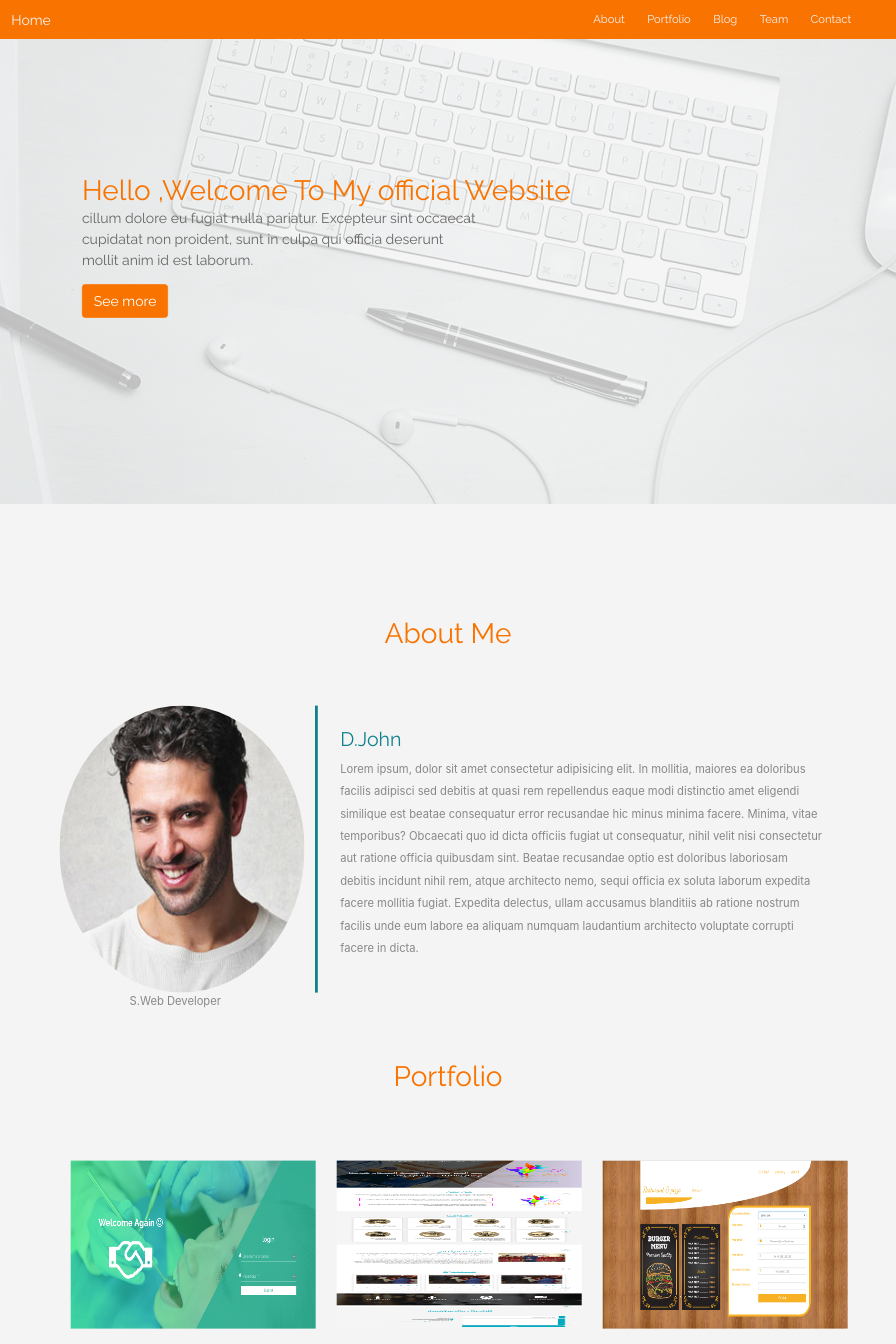
Repository: adrian9211/Bootstrap_website_Ruth
Page: index.html
These files come from the project's save history. The page is drawn as it stood at one moment and after the next save; the edit follows.
The browser window is 1280 px wide. The pictures show the part of the page from y = 0 to 1920 px (the page is 4159 px tall), at 70% of full size.

Above is the page before, as saved 2020-11-18 13:00:33.
Console error: ReferenceError: Popper is not defined

### index.html
<!DOCTYPE html>
<html lang="en">
<head>
    <meta charset="UTF-8">
    <meta name="viewport" content="width=device-width, initial-scale=1.0">
    <title>Bootstrap 4 page</title>

    <link rel="stylesheet" href="css/bootstrap.min.css">
    <link rel="stylesheet" href="css/main.css">
</head>
<body>
    <!-- Navbar start -->
    <nav class="navbar navbar-expand-lg fixed-top">
        <a class="navbar-brand" href="#">Home</a>
        <button class="navbar-toggler" type="button" data-toggle="collapse" data-target="#navbarSupportedContent" aria-controls="navbarSupportedContent" aria-expanded="false" aria-label="Toggle navigation">
            <span class="navbar-toggler-icon"></span>
          </button>

        <div class="collapse navbar-collapse" id="navbarSupportedContent">
            <ul class="navbar-nav mr-4">
              <li class="nav-item ">
                <a class="nav-link"  data-value="about" href="#">About</a>
              </li>
              <li class="nav-item">
                <a class="nav-link" data-value="portfolio" href="#">Portfolio</a>
              </li>
              <li class="nav-item">
                <a class="nav-link" data-value="blog" href="#">Blog</a>
              </li>
              <li class="nav-item">
                <a class="nav-link" data-value="team" href="#">Team</a>
              </li>
              <li class="nav-item">
                <a class="nav-link" data-value="contact" href="#">Contact</a>
              </li>
          </div>
    </nav>
    <!-- Navbar end -->
    <!-- Header section START -->
    <header class="header">
      <div class="overlay"></div>
       <div class="container">
           <div class="description ">
        <h1>
          Hello ,Welcome To My official Website
          <p>
          cillum dolore eu fugiat nulla pariatur. Excepteur sint occaecat cupidatat non
          proident, sunt in culpa qui officia deserunt mollit anim id est laborum.</p>
          <button class="btn btn-outline-secondary btn-lg">See more</button>
        </h1>
      </div>
       </div>

    </header>
    <!-- Header section END -->

    <!-- About section START -->

    <div class="about" id="about">
      <div class="container">
        <h1 class="text-center">About Me</h1>
          <div class="row">
            <div class="col-lg-4 col-md-4 col-sm-12">
              <img src="images/team-3.jpg"  class="img-fluid" alt="photo">
              <span class="text-justify">S.Web Developer</span>
            </div>
            <div class="col-lg-8 col-md-8 col-sm-12 desc">
              <h3>D.John</h3>
              <p>Lorem ipsum, dolor sit amet consectetur adipisicing elit. In mollitia, maiores ea doloribus facilis adipisci sed debitis at quasi rem repellendus eaque modi distinctio amet eligendi similique est beatae consequatur error recusandae hic minus minima facere. Minima, vitae temporibus? Obcaecati quo id dicta officiis fugiat ut consequatur, nihil velit nisi consectetur aut ratione officia quibusdam sint. Beatae recusandae optio est doloribus laboriosam debitis incidunt nihil rem, atque architecto nemo, sequi officia ex soluta laborum expedita facere mollitia fugiat. Expedita delectus, ullam accusamus blanditiis ab ratione nostrum facilis unde eum labore ea aliquam numquam laudantium architecto voluptate corrupti facere in dicta.</p>
            </div>
          </div>
      </div>
    </div>

    <!-- About section END -->

    <!-- Portfolio part START -->
    <div class="portfolio" id="portfolio">
      <h1 class="text-center">Portfolio</h1>
      <div class="container">
        <div class="row">
          <div class="col-lg-4 col-md-4 col-sm-12">
            <img src="images/portfolio/port13.png" alt="port3" class="img-fluid">
        </div>
          <div class="col-lg-4 col-md-4 col-sm-12">
            <img src="images/portfolio/port1.png" alt="port1" class="img-fluid">
        </div>
          <div class="col-lg-4 col-md-4 col-sm-12">
            <img src="images/portfolio/port6.png" alt="port6" class="img-fluid">
        </div>
          <div class="col-lg-4 col-md-4 col-sm-12">
            <img src="images/portfolio/port3.png" alt="port3" class="img-fluid">
        </div>
          <div class="col-lg-4 col-md-4 col-sm-12">
            <img src="images/portfolio/port11.png" alt="port11" class="img-fluid">
        </div>
          <div class="col-lg-4 col-md-4 col-sm-12">
            <img src="images/portfolio/electric.png" alt="electric" class="img-fluid">
        </div>
          <div class="col-lg-4 col-md-4 col-sm-12">
            <img src="images/portfolio/Classic.jpg" alt="classic" class="img-fluid">
        </div>
          <div class="col-lg-4 col-md-4 col-sm-12">
            <img src="images/portfolio/port1.png" alt="port1" class="img-fluid">
        </div>
          <div class="col-lg-4 col-md-4 col-sm-12">
            <img src="images/portfolio/port8.png" alt="port8" class="img-fluid">
        </div>
      </div>
    </div>
    </div>

    <!-- Portfolio part END -->

    <!-- Posts section START -->
    <div class="blog" id="blog">
      <div class="container">
        <h1 class="text-center">Blog</h1>
        <div class="row">
          <div class="col-lg-4 col-md-4 col-sm-12" >
            <div class="card">
              <div class="card-img">
                <img src="images/posts/polit.jpg" alt="polit" class="img-fluid">
              </div>
              <div class="card-body">
                <h4 class="card-title">Post Title</h4>
                <p class="card-text">
                  Lorem ipsum dolor sit amet consectetur adipisicing elit. Fuga, at, mollitia et labore est quo ratione suscipit iste consequatur quos quidem nulla asperiores eveniet repellat odit. Reprehenderit enim vitae ratione ab veniam, temporibus sapiente quasi tenetur voluptatem repellat ea ipsam rerum consectetur unde quia exercitationem tempore debitis laborum qui dolores!
                </p>
              </div>
              <div class="card-footer">
                <a href="" class="card-link"> Read more</a>
              </div>
            </div>
          </div>
          <div class="col-lg-4 col-md-4 col-sm-12">
            <div class="card">
              <div class="card-img">
                <img src="images/posts/images.jpg" alt="images" class="img-fluid">
              </div>
              <div class="card-body">
                <h4 class="card-title">Post Title</h4>
                <p class="card-text">
                  Lorem ipsum dolor sit amet consectetur adipisicing elit. Ex earum ad, labore aperiam magnam maiores quaerat, sapiente a aut mollitia veritatis molestiae reprehenderit pariatur eum cum minima? Nulla, quia. Libero laborum ullam unde beatae error vero iure soluta, itaque sint debitis sequi! Provident, quam facilis vero animi eaque illum dignissimos.
                </p>
              </div>
              <div class="card-footer">
                <a href="" class="card-link">Read more</a>
              </div>
            </div>
          </div>
          <div class="col-lg-4 col-md-4 col-sm-12">
            <div class="card">
              <div class="card-img">
                <img src="images/posts/imag2.jpg" alt="images" class="img-fluid">
              </div>
              <div class="card-body">
                <h4 class="card-title">Post Title</h4>
                <p class="card-text">
                  Lorem ipsum dolor sit amet consectetur adipisicing elit. Ex earum ad, labore aperiam magnam maiores quaerat, sapiente a aut mollitia veritatis molestiae reprehenderit pariatur eum cum minima? Nulla, quia. Libero laborum ullam unde beatae error vero iure soluta, itaque sint debitis sequi! Provident, quam facilis vero animi eaque illum dignissimos.
                </p>
              </div>
              <div class="card-footer">
                <a href="" class="card-link">Read more</a>
              </div>
            </div>
          </div>
        </div>
      </div>
    </div>
    <!-- Posts section END -->

    <!-- Team Section START -->
    <div class="team" id="team">
      <div class="container">
      <h1 class="text-center">Our Team</h1>
        <div class="row">
          <div class="col-lg-3 col-md-3 col-sm-12 item">
            <img src="images/team-2.jpg" alt="team-2" class="img-fluid">
            <div class="des">
              Sara
            </div>
            <span class="text-muted">Manager</span>
          </div>
          <div class="col-lg-3 col-md-3 col-sm-12 item">
            <img src="images/team-3.jpg" alt="team-2" class="img-fluid">
            <div class="des">
              Chris
            </div>
            <span class="text-muted">S.enginnern</span>
          </div>
          <div class="col-lg-3 col-md-3 col-sm-12 item">
            <img src="images/team-2.jpg" alt="team-2" class="img-fluid">
            <div class="des">
              Layla
            </div>
            <span class="text-muted">Front End Developer</span>
          </div>
          <div class="col-lg-3 col-md-3 col-sm-12 item">
            <img src="images/team-3.jpg" alt="team-2" class="img-fluid">
            <div class="des">
              J.Jirard
            </div>
            <span class="text-muted">Team Manager</span>
          </div>
        </div>
      </div>
    </div>
    <!-- Team Section END -->

    <!-- Contact section START -->

    <div class="contact-form" id="contact">
      <div class="container">
        <form>
          <div class="row">
            <div class="col-lg-4 col-md-4 col-sm-12" >
              <h1>Get in Touch</h1>
            </div>
            <div class="col-lg-4 col-md-4 col-sm-12 right">
              <div class="form-group">
                <input type="text" class="form-control form-control-lg" placeholder="Your Name" name="name">
              </div>
              <div class="form-group">
                <input type="text" class="form-control form-control-lg" placeholder="YourEmail@email.com" name="email">
              </div>
              <div class="form-group">
                <textarea class="form-control form-control-lg">

                </textarea>
              </div>
              <input type="submit" class="btn btn-secondary btn-block" value="Send" name="">
            </div>
          </div>
        </form>
      </div>
    </div>

    <!-- Contact section END-->

    <!-- JS files section -->
  <script type="text/javascript" src="js/jquery.min.js"></script>
  <script type="text/javascript" src="js/bootstrap.min.js"></script>
  <script type="text/javascript" src="js/main.js"></script>
</body>
</html>

### css/main.css
@import url('https://fonts.googleapis.com/css?family=Raleway');

body{
	padding: 0;
	margin: 0;
	background:#f4f4f4;
}
html,h1,h2,h3,h4,h5,h6,a{
	font-family: "Raleway";
}
.navbar{
	background:#F97300;
}
.nav-link , .navbar-brand{
	color: #f4f4f4;
	cursor: pointer;
}
.nav-link{
	margin-right: 1em !important;
}
.nav-link:hover{
	background: #f4f4f4;
	color: #f97300;
}
.navbar-collapse{
 justify-content: flex-end;
}
.navbar-toggler{
  background:#fff !important;
}

/*header style*/
.header{
	position: relative;
	background-image: url('../images/headerback.jpg');

	background-size: cover;
	background-position: center;
}
.overlay{
	position: absolute;
	min-height: 100%;
	min-width: 100%;
	left: 0;
	top: 0;
	background: rgba(244, 244, 244, 0.79);
}
.description{
    position: absolute;
    top: 30%;
    margin: auto;
    padding: 2em;

}
.description h1{
	color:#F97300 ;
}
.description p{
	color:#666;
	font-size: 20px;
	width: 50%;
	line-height: 1.5;
}
.description button{
	border:1px  solid #F97300;
	background:#F97300;
	color:#fff;
}
.about{
	margin: 4em 0;
	padding: 1em;
	position: relative;
}
.about h1{
	color:#F97300;
	margin: 2em;
}
.about img{
	height: 100%;
    width: 100%;
    border-radius: 50%
}
.about span{
	display: block;
	color: #888;
	position: absolute;
	left: 115px;
}
.about .desc{
	padding: 2em;
	border-left:4px solid #10828C;
}
.about .desc h3{
	color: #10828C;
}
.about .desc p{
	line-height:2;
	color:#888;
}


/*Portfolio*/
.portfolio{
	margin: 4em 0;
    position: relative;
}
.portfolio h1{
	color:#F97300;
	margin: 2em;
}
.portfolio img{
	 height: 15rem;
	 width: 100%;
	 margin: 1em;
}

/*blog style*/
.blog{
	margin: 4em 0;
	position: relative;
}
.blog h1{
	color:#F97300;
	margin: 2em;
}
.blog .card{
	box-shadow: 0 0 20px #ccc;
}
.blog .card img{
	width: 100%;
	height: 12em;
}
@media and (max-width: 768px){
 .team .item img{
 	width: 100%;
 }
}
.blog .card-title{
	color:#F97300;
}

.blog .card-body{
	padding: 1em;
}
.team{
	margin: 4em 0;
	position: relative;

}
.team h1{
	color:#F97300;
	margin: 2em;
}
.team .item{
	position: relative;
	overflow: hidden;
}
.team .des{
	background: #F97300;
	color: #fff;
	text-align: center;
	border-top-right-radius: 93%;
	transition:.3s ease-in-out;
	position: absolute;
	width: 88%;
	bottom: 24px;


}
.team .item:hover .des{
	height: 100%;
	background:#f97300;
    position: absolute;
	width: 89%;
	padding: 5em;
	top: 0;
	border-top-right-radius: 0;
}
.contact-form{
	margin: 6em 0;
	position: relative;
}

.contact-form h1{
	padding:2em 1px;
	color: #F97300;
}
.contact-form .right{
	max-width: 600px;
}
.contact-form .right .btn-secondary{
	background:  #F97300;
	color: #fff;
	border:0;
}
.contact-form .right .form-control::placeholder{
	color: #888;
	font-size: 16px;
}

Loaded but not shown: css/bootstrap.min.css (library); js/jquery.min.js (library); js/bootstrap.min.js (library); js/main.js (common file)

After the next save:
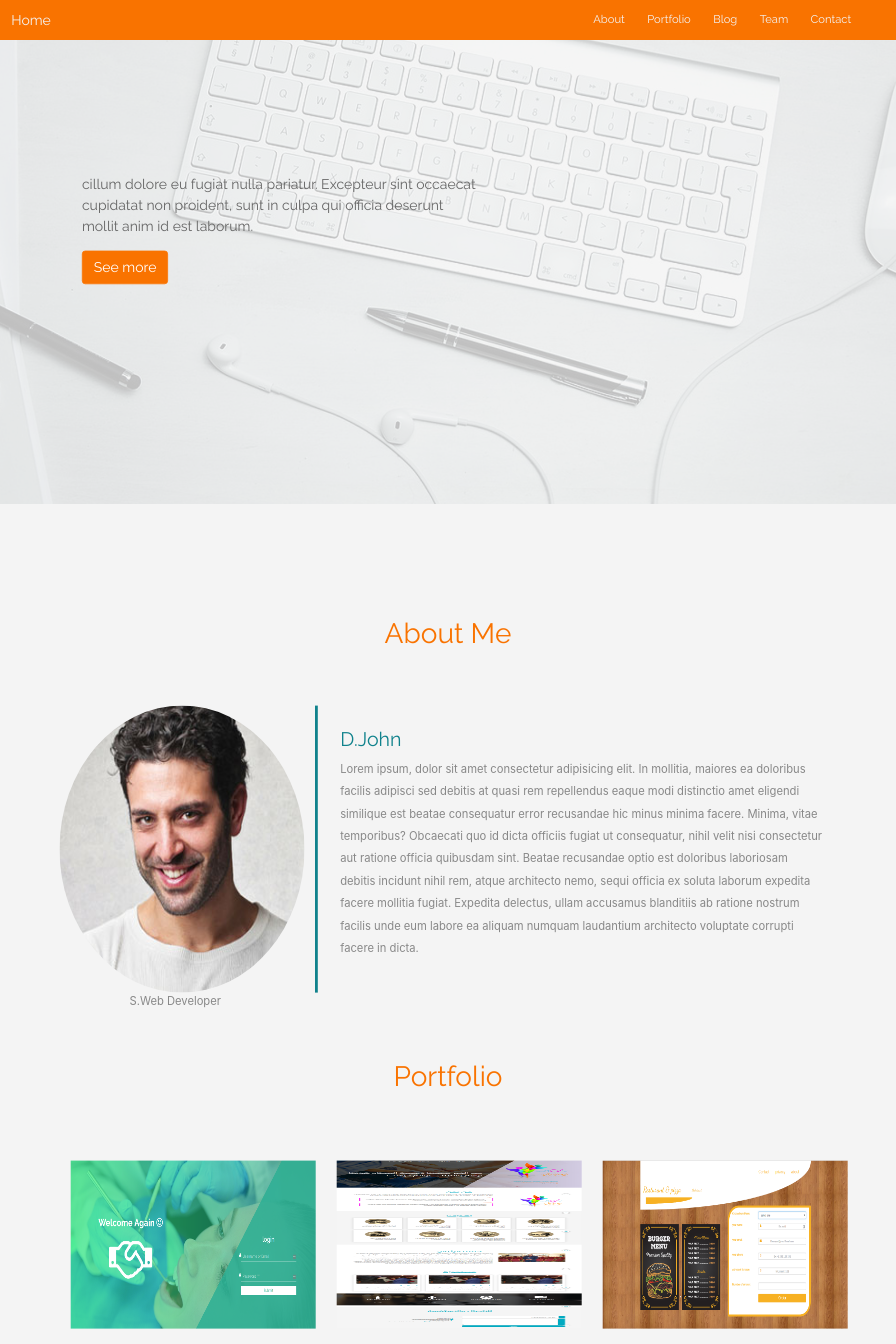
Saved 19 s later.
--- a/index.html
+++ b/index.html
@@ -42,7 +42,7 @@
        <div class="container">
            <div class="description ">
         <h1>
-          Hello ,Welcome To My official Website
+          <!-- Hello ,Welcome To My official Website -->
           <p>
           cillum dolore eu fugiat nulla pariatur. Excepteur sint occaecat cupidatat non
           proident, sunt in culpa qui officia deserunt mollit anim id est laborum.</p>

After the save that followed:
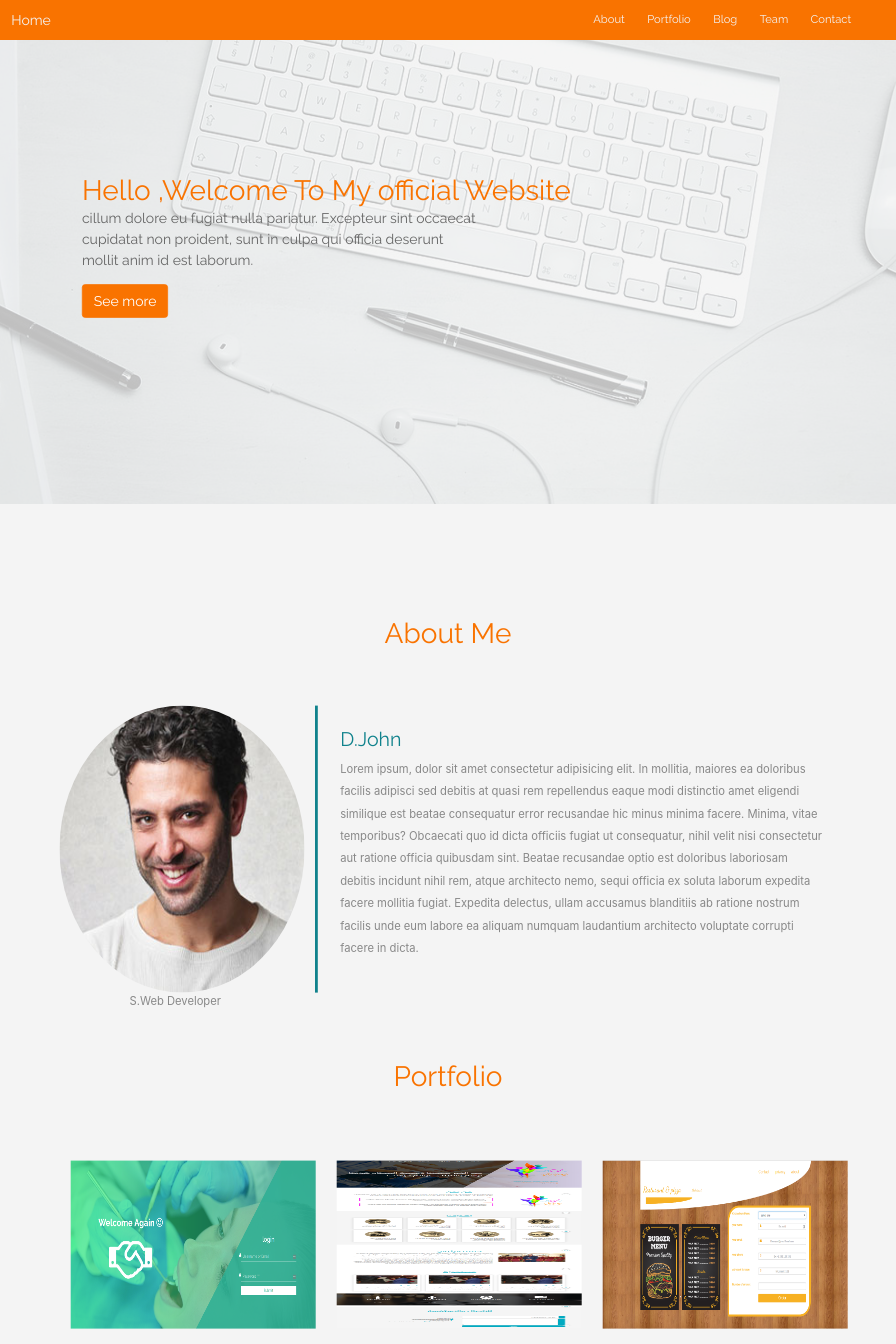
Saved 4 s later.
--- a/index.html
+++ b/index.html
@@ -42,7 +42,7 @@
        <div class="container">
            <div class="description ">
         <h1>
-          <!-- Hello ,Welcome To My official Website -->
+          Hello ,Welcome To My official Website
           <p>
           cillum dolore eu fugiat nulla pariatur. Excepteur sint occaecat cupidatat non
           proident, sunt in culpa qui officia deserunt mollit anim id est laborum.</p>
